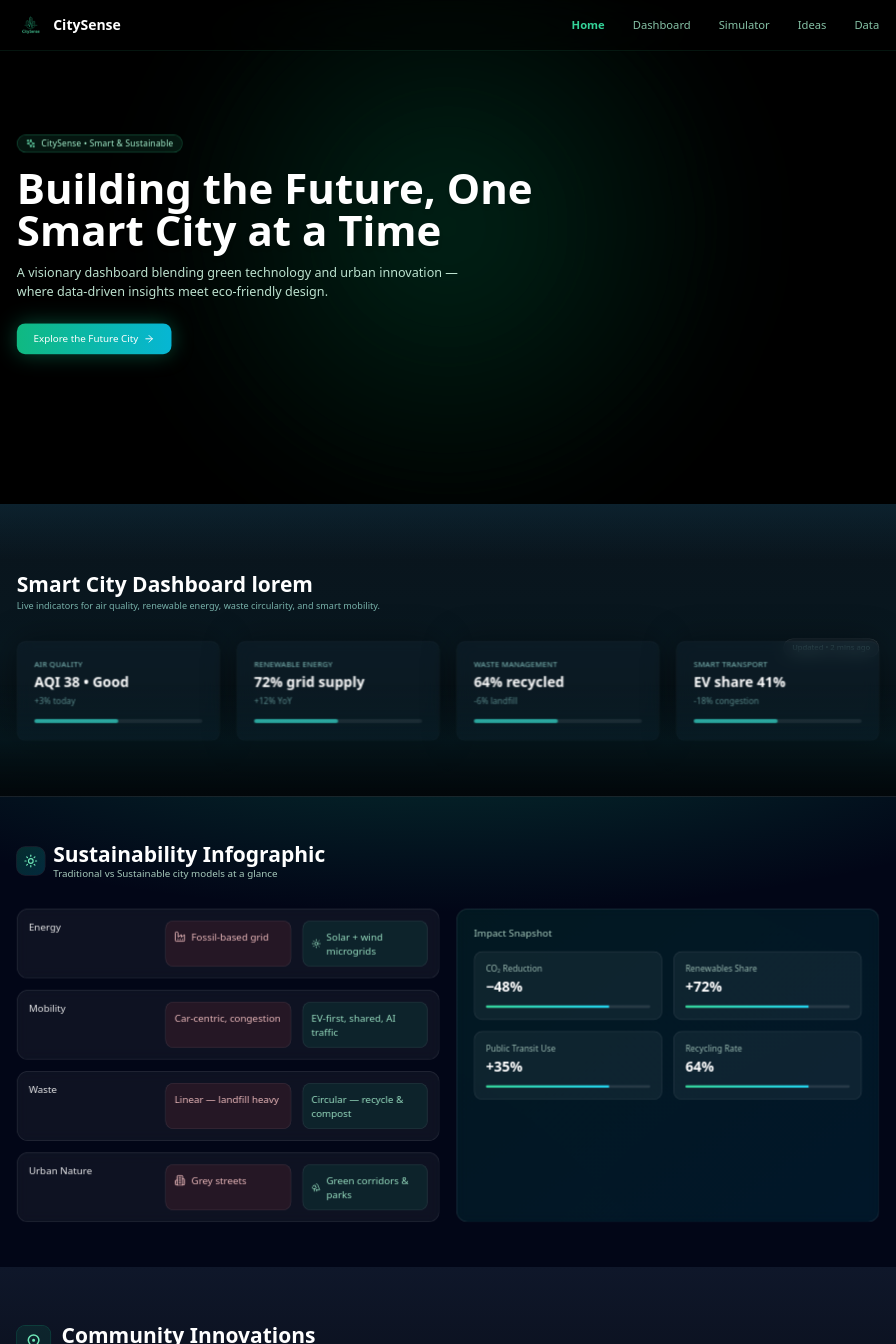
Repository: crashyet/CitySense
Page: /
An editor plug-in stored every save of this project. The page is shown before and after the next save, followed by the edit.
The browser window is 1280 px wide. The pictures show the part of the page from y = 0 to 1920 px (the page is 2586 px tall), at 70% of full size.
The project was rebuilt for these pictures with package versions that can differ from the ones it lists, and the page was loaded fresh each time. Also part of the build but not shown: vite.config.js, src/pages/Dashboardpack/index.jsx, src/pages/Simulator/index.jsx, src/pages/Ideas/index.jsx, src/pages/Data/index.jsx.

Above is the page before, as saved 2025-11-16 22:09:54.

After the next save:
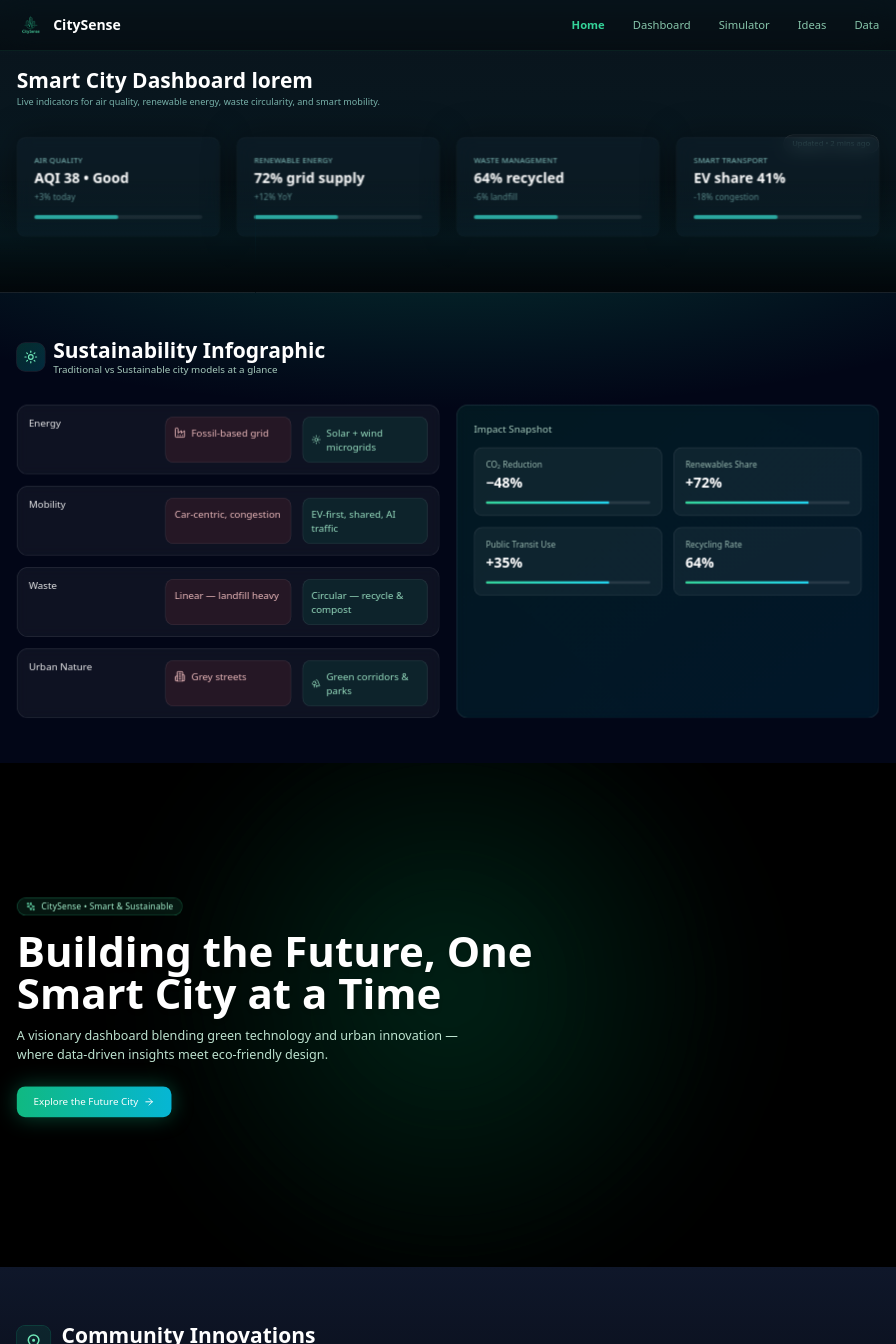
Saved 82 s later.
--- a/src/pages/landing/index.jsx
+++ b/src/pages/landing/index.jsx
@@ -12,9 +12,9 @@
       <Navbar />
 
       {/* Section dari halaman Landing */}
-      <Hero />
       <DashboardPreview />
       <Infographic />
+      <Hero />
       <Community />
 
       <Footer />

After the save that followed:
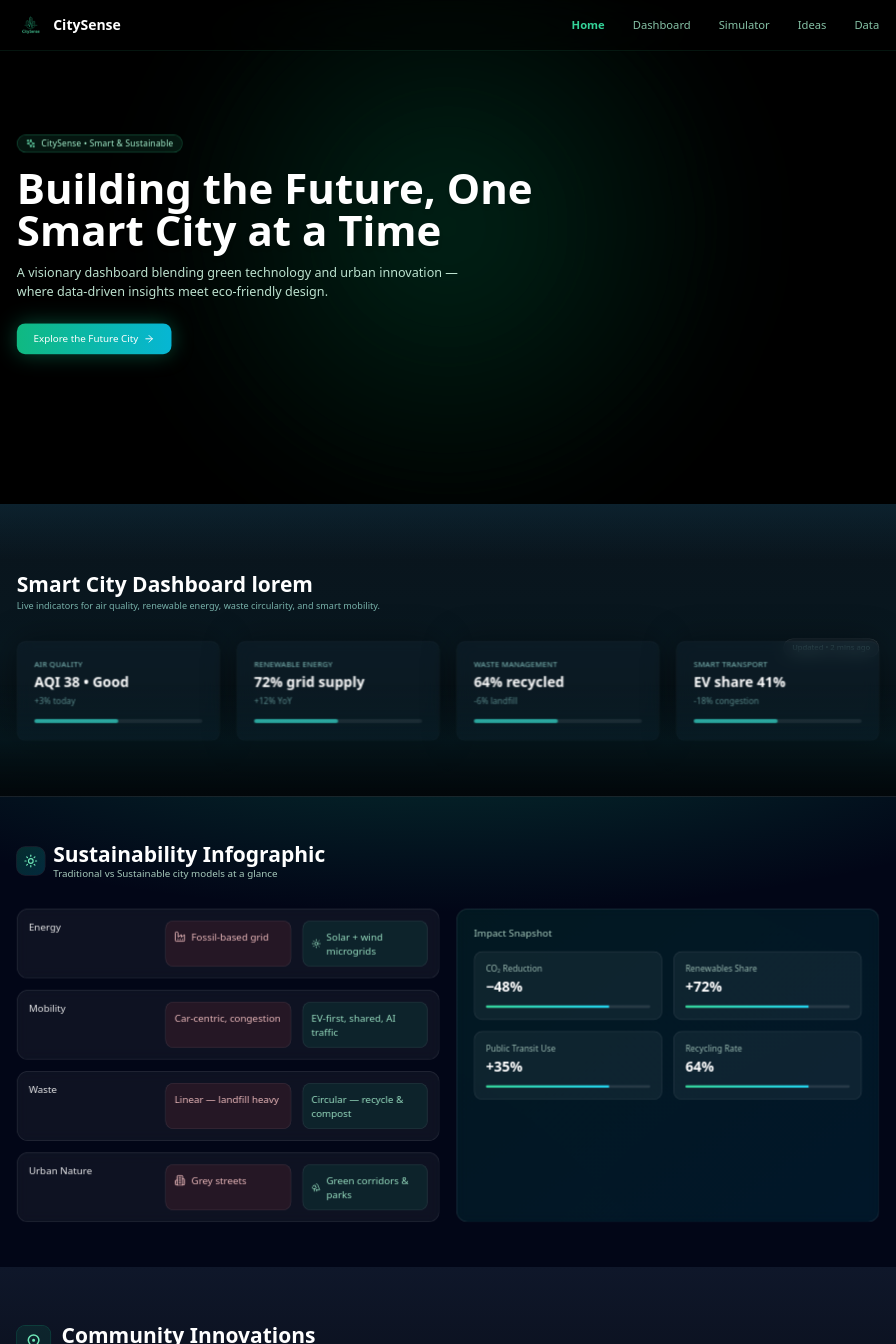
Saved 10 s later.
--- a/src/pages/landing/index.jsx
+++ b/src/pages/landing/index.jsx
@@ -12,9 +12,9 @@
       <Navbar />
 
       {/* Section dari halaman Landing */}
+      <Hero />
       <DashboardPreview />
       <Infographic />
-      <Hero />
       <Community />
 
       <Footer />
